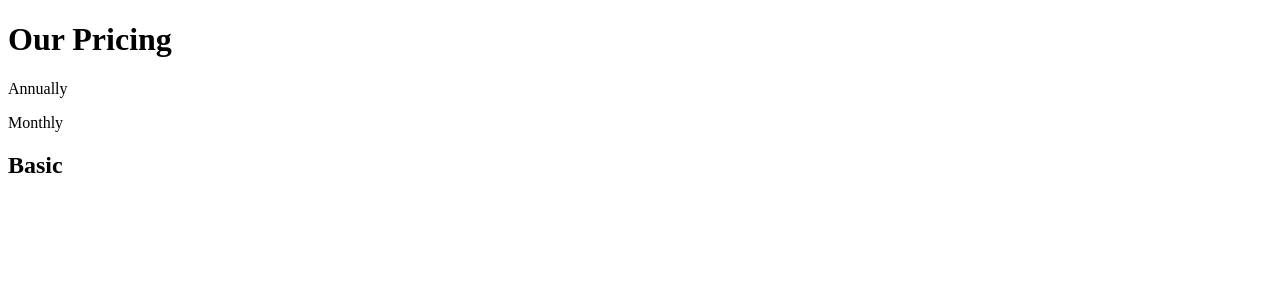
Repository: lah23500/Pricing-App
Page: Price landing page/index.html
The author's editor kept a copy of each file at every save. The page is drawn from the files as they stood at one save, then again after the next save.
The browser window is 1280 px wide. The pictures show the whole page.

Above is the page before, as saved 2024-01-19 13:51:57.

After the next save:
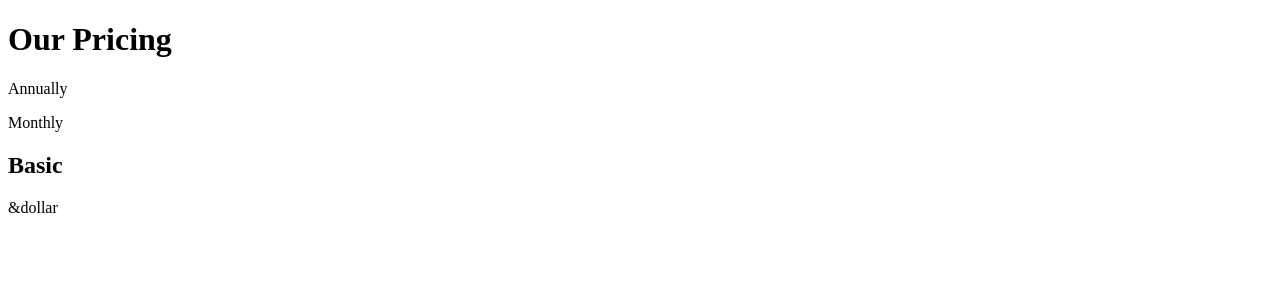
Saved 2 min 43 s later.
--- a/Price landing page/index.html
+++ b/Price landing page/index.html
@@ -17,6 +17,7 @@
     </header>
     <main>
       <h2>Basic</h2>
+      <p>&dollar</p>
     </main>
   </body>
 </html>
